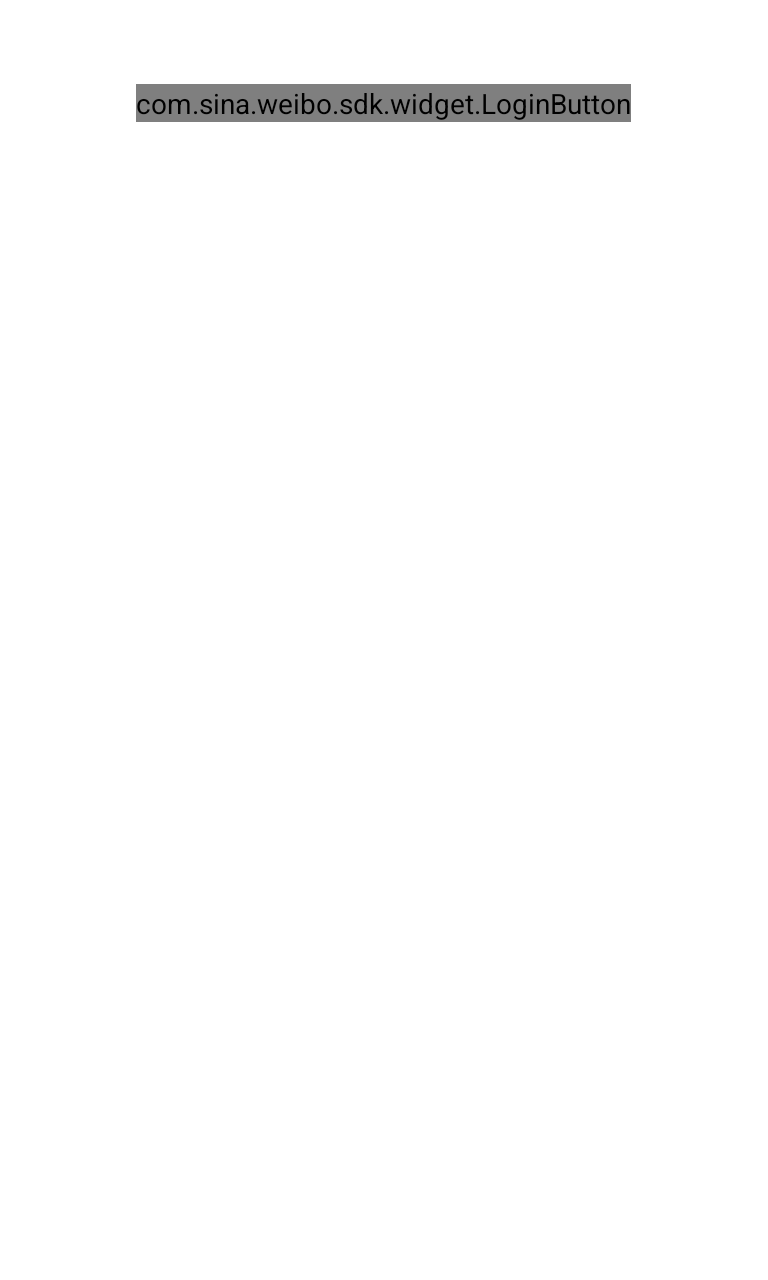
Repository: aojue/HappyAA
Layout: HappyAA/res/layout/activity_main.xml
These files come from the project's save history. The layout is drawn as it stood at one moment and after the next save; the edit follows.
Pictures or frames that could not be fetched are drawn as grey boxes. It is drawn on a 768 x 1280 px phone screen (xhdpi) without system bars, with theme AppTheme; the app's code is not run.

Above is the layout before, as saved 2014-10-24 07:06:17.

### HappyAA/res/layout/activity_main.xml
<RelativeLayout xmlns:android="http://schemas.android.com/apk/res/android"
    xmlns:tools="http://schemas.android.com/tools"
    android:layout_width="match_parent"
    android:layout_height="match_parent"
    android:paddingBottom="@dimen/activity_vertical_margin"
    android:paddingLeft="@dimen/activity_horizontal_margin"
    android:paddingRight="@dimen/activity_horizontal_margin"
    android:paddingTop="@dimen/activity_vertical_margin"
    tools:context="com.sina.weibo.happyaa.MainActivity" >

    <com.sina.weibo.sdk.widget.LoginButton
        android:id="@+id/loginButton1"
        android:layout_width="wrap_content"
        android:layout_height="wrap_content"
        android:layout_alignParentTop="true"
        android:layout_centerHorizontal="true"
        android:layout_marginTop="26dp"/>

</RelativeLayout>

Loaded but not shown: HappyAA/res/values/styles.xml (common file); HappyAA/res/values-v11/styles.xml (common file); HappyAA/res/values-v14/styles.xml (common file); HappyAA/res/values/dimens.xml (common file); HappyAA/res/values-w820dp/dimens.xml (common file)

After the next save:
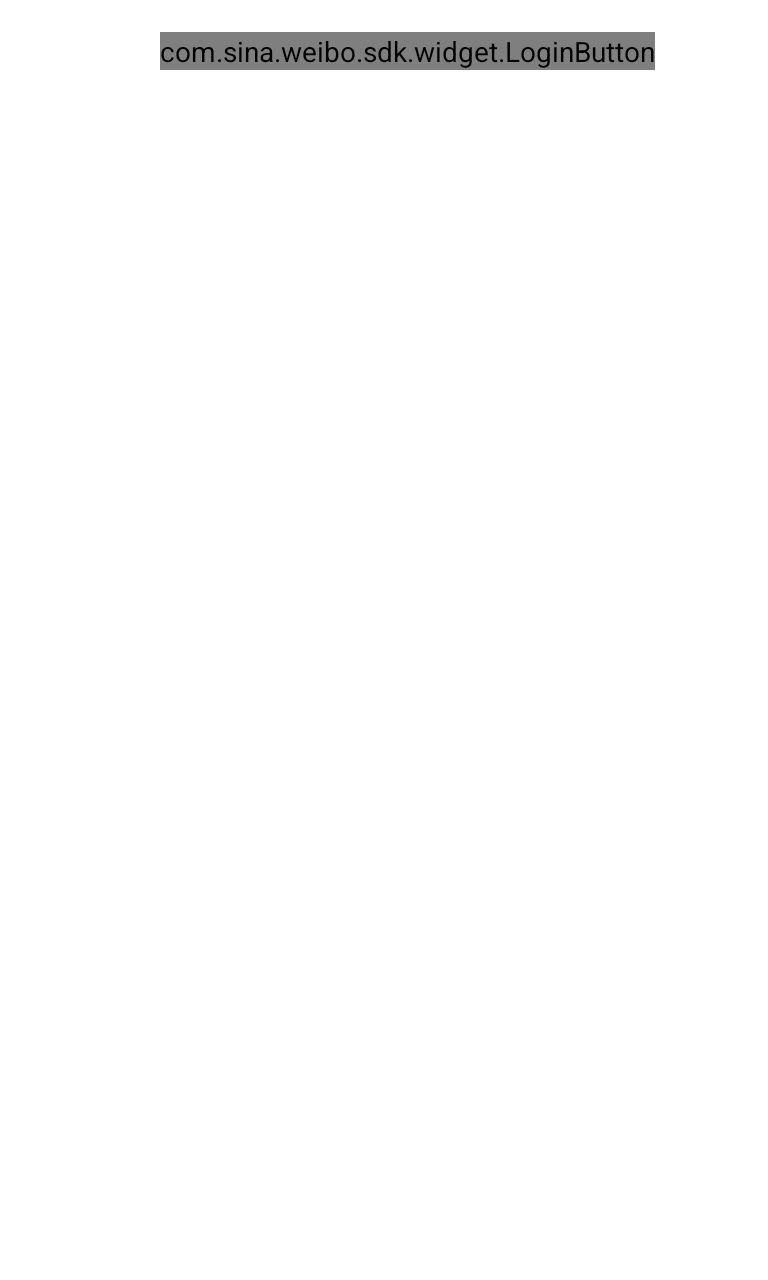
Saved 13 min 19 s later.
--- a/HappyAA/res/layout/activity_main.xml
+++ b/HappyAA/res/layout/activity_main.xml
@@ -12,8 +12,8 @@
         android:id="@+id/loginButton1"
         android:layout_width="wrap_content"
         android:layout_height="wrap_content"
+        android:layout_alignParentLeft="true"
         android:layout_alignParentTop="true"
-        android:layout_centerHorizontal="true"
-        android:layout_marginTop="26dp"/>
+        android:layout_marginLeft="64dp" />
 
 </RelativeLayout>
